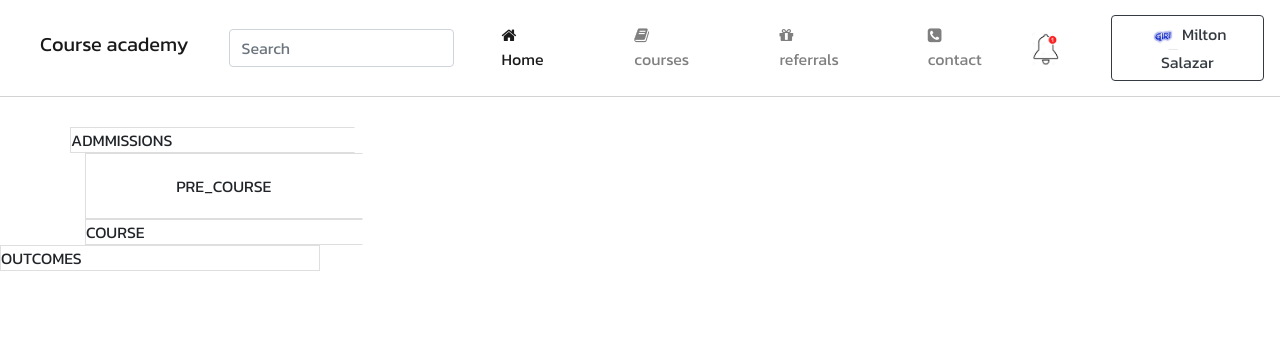
Repository: giribabu1997/html-layout
Page: task.html
An editor plug-in stored every save of this project. The page is shown before and after a run of saves, followed by the edit.
The browser window is 1280 px wide. The pictures show the whole page.

Above is the page before, as saved 2019-06-24 15:14:42.

After the next 3 saves:
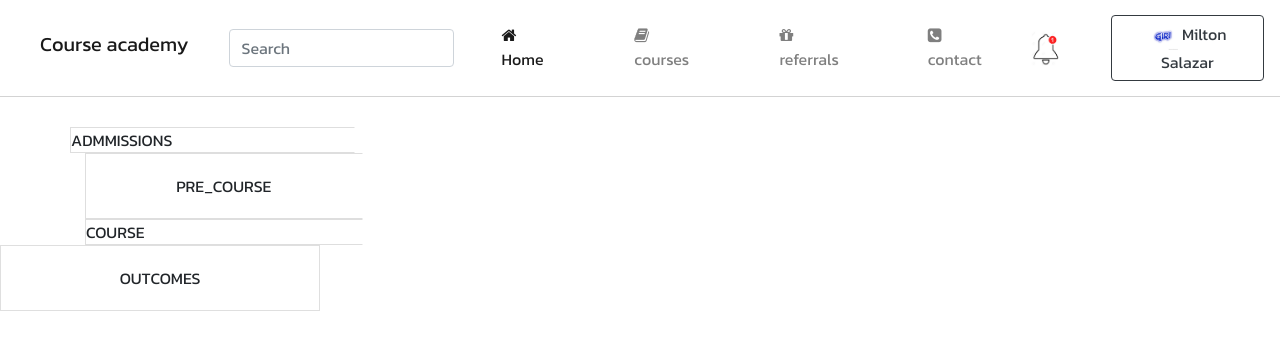
The 3 saves are shown as one change because they came seconds apart.
The last was saved 11 s later.
--- a/task.html
+++ b/task.html
@@ -93,7 +93,7 @@
                 </div>
             </div>
             <div class="col-md-3" style="padding: 0px !important">
-                <div class="card" style="border-radius: 0;border-ri white;>
+                <div class="card" style="border-radius: 0">
                     <div class="card-body" style="text-align: center">
                         <h> OUTCOMES</h>
                     </div>
